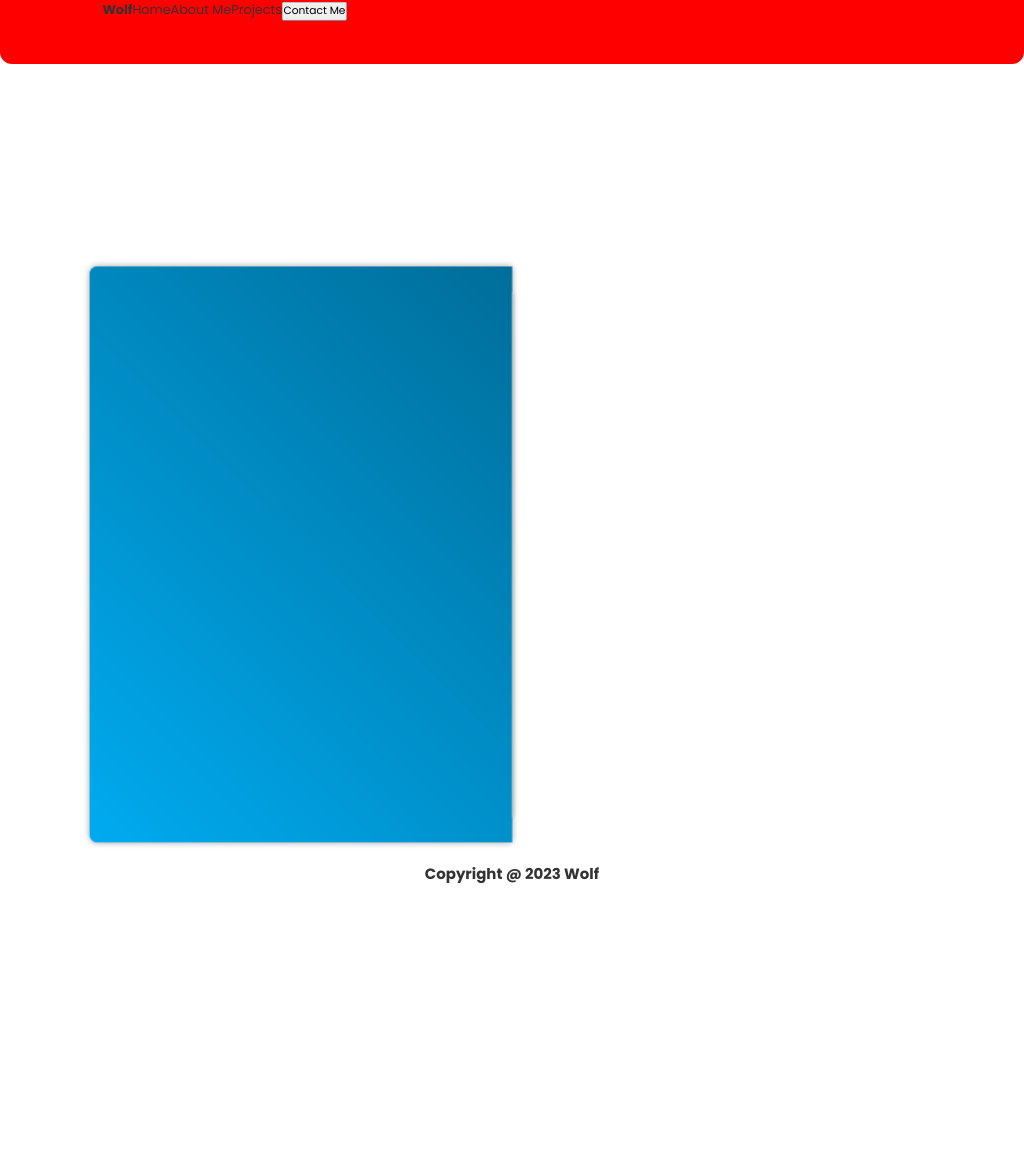
Repository: Ego-Wolf/Portfolio
Page: index.html
An editor plug-in stored every save of this project. The page is shown before and after the next save, followed by the edit.
The browser window is 1280 px wide. The pictures show the whole page, at 80% of full size.
Pictures or frames that could not be fetched are drawn as grey boxes.

Above is the page before, as saved 2023-12-14 16:07:52.

After the next save:
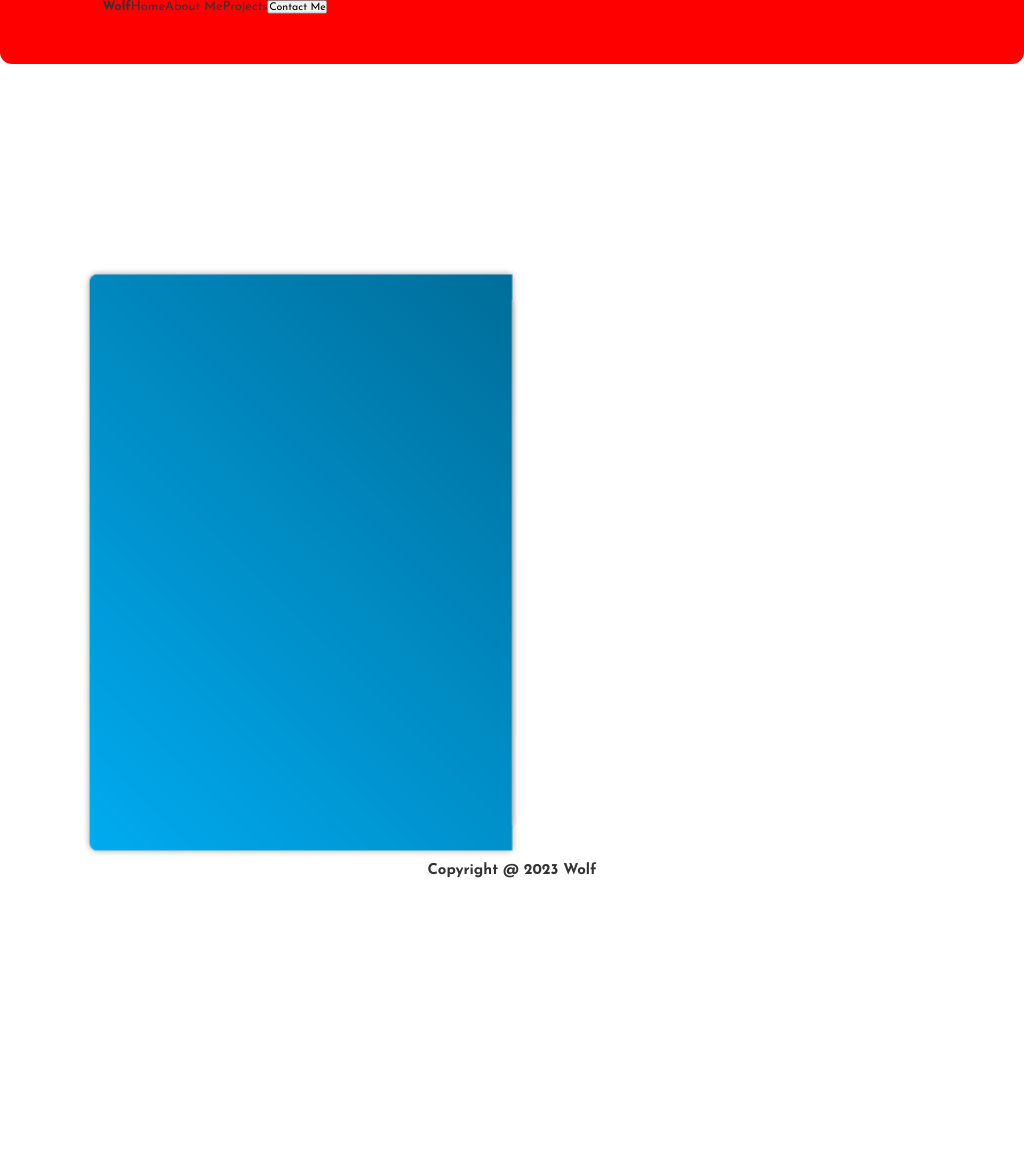
Saved 5 s later.
--- a/style.css
+++ b/style.css
@@ -5,7 +5,7 @@
     padding: 0;
     box-sizing: border-box;
     /* font-family: 'Poppins', sans-serif; */
-    font-family: var(--font-family);
+    font-family: var(--font-family-book);
     text-decoration: none;
     list-style-type: none;
 }
